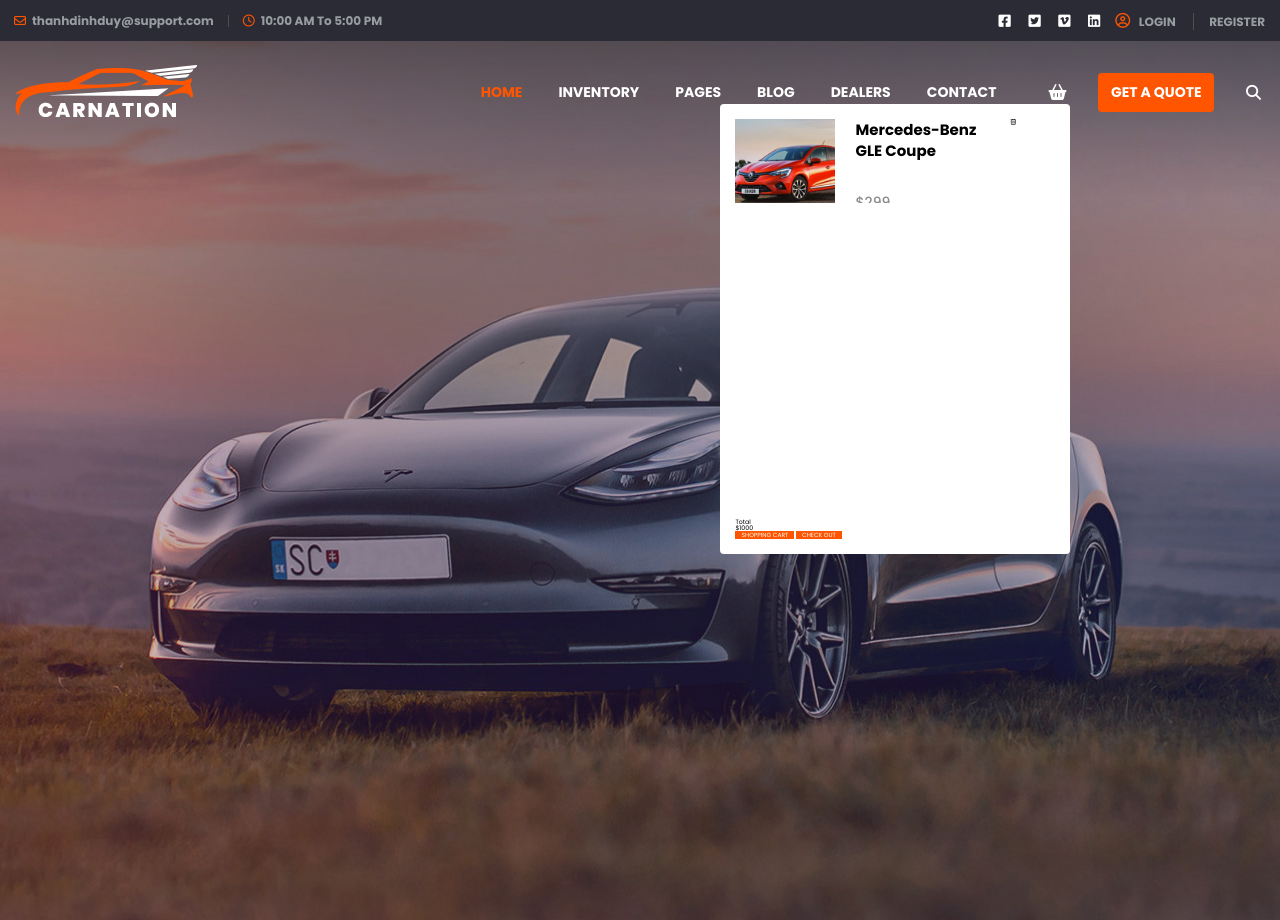
Repository: thanhdinh01/shopcar
Page: index.html
These files come from the project's save history. The page is drawn as it stood at one moment and after the next save; the edit follows.
The browser window is 1280 px wide. The pictures show the whole page.
Some web libraries are served in a nearby version. The style sheet was rebuilt from its Sass, Less or Tailwind sources for each picture, by a compiler version that may differ from the author's.

Above is the page before, as saved 2022-08-10 19:23:15.

### index.html
<!DOCTYPE html>
<html lang="en">
  <head>
    <meta charset="UTF-8" />
    <meta http-equiv="X-UA-Compatible" content="IE=edge" />
    <meta name="viewport" content="width=device-width, initial-scale=1.0" />
    <title>Increase follower on social media</title>
    <link
      rel="stylesheet"
      href="https://cdnjs.cloudflare.com/ajax/libs/font-awesome/6.1.2/css/all.min.css"
      integrity="sha512-1sCRPdkRXhBV2PBLUdRb4tMg1w2YPf37qatUFeS7zlBy7jJI8Lf4VHwWfZZfpXtYSLy85pkm9GaYVYMfw5BC1A=="
      crossorigin="anonymous"
      referrerpolicy="no-referrer"
    />
    <link
      href="https://fonts.googleapis.com/css2?family=Poppins:wght@300;400;500;600;700&display=swap"
      rel="stylesheet"
    />
    <link rel="stylesheet" href="./css/reset.css" />
    <link rel="stylesheet" href="./css/style.css" />
  </head>

  <body>
    <div class="main">
      <!-- HEADER -->
      <header class="header">
        <div class="header-top">
          <div class="container">
            <div class="header-top-container dflex">
              <ul class="header-top-left">
                <li>
                  <i class="fa-regular fa-envelope"></i>
                  <p>thanhdinhduy@support.com</p>
                </li>
                <li>
                  <i class="fa-regular fa-clock"></i>
                  <p>10:00 AM To 5:00 PM</p>
                </li>
              </ul>
              <ul class="header-top-right">
                <li class="header-contact">
                  <a href="#"><i class="fa-brands fa-square-facebook"></i></a>
                  <a href="#"><i class="fa-brands fa-square-twitter"></i></a>
                  <a href="#"><i class="fa-brands fa-square-vimeo"></i></a>
                  <a href="#"><i class="fa-brands fa-linkedin"></i></a>
                </li>
                <li class="header-login">
                  <a href="#" class="login">
                    <i class="fa-regular fa-circle-user"></i> LOGIN
                  </a>
                  <a href="#" class="logup"> REGISTER </a>
                </li>
              </ul>
            </div>
          </div>
        </div>
        <div class="header-navigation">
          <div class="container p15 dflex">
            <div class="nav-logo">
              <a href="#" class="logo-link">
                <img src="./images/header/logo.png" alt="logo" />
              </a>
            </div>
            <div class="nav-total dflex">
              <ul class="nav-list dflex">
                <li class="nav-item active">
                  <a href="#">HOME</a>
                </li>
                <li class="nav-item">
                  <a href="#">INVENTORY </a>
                  <ul class="sub-list">
                    <li class="sub-item">
                      <a href="#">Inventory List</a>
                    </li>
                    <li class="sub-item">
                      <a href="#">Inventory Details</a>
                    </li>
                  </ul>
                </li>
                <li class="nav-item">
                  <a href="#">PAGES</a>
                  <ul class="sub-list">
                    <li class="sub-item">
                      <a href="#">About us</a>
                    </li>
                    <li class="sub-item">
                      <a href="#">Loan Calculator</a>
                    </li>
                    <li class="sub-item">
                      <a href="#">Login Page</a>
                    </li>
                  </ul>
                </li>
                <li class="nav-item">
                  <a href="#">BLOG</a>
                  <ul class="sub-list">
                    <li class="sub-item">
                      <a href="#">Our Blog</a>
                    </li>
                    <li class="sub-item">
                      <a href="#">Blog Details</a>
                    </li>
                  </ul>
                </li>
                <li class="nav-item">
                  <a href="#">DEALERS</a>
                </li>
                <li class="nav-item">
                  <a href="#">CONTACT</a>
                </li>
              </ul>
              <ul class="nav-interact dflex">
                <li class="cart">
                  <a href="#" class="cart-link">
                    <i class="fa-solid fa-basket-shopping"></i>
                  </a>
                  <div class="cart-wrap">
                    <div class="cart-top">
                      <div class="cart-item">
                        <a href="#" class="product-img">
                          <img
                            src="./images/latest-car/t_released_cars_thumb01.jpg"
                            alt=""
                          />
                        </a>
                        <div class="product-desc">
                          <a href="#" class="product-title"
                            >Mercedes-Benz GLE Coupe</a
                          >
                          <span class="product-price">$299</span>
                        </div>
                        <div class="delete-item">
                          <i class="fa-regular fa-trash-can"></i>
                        </div>
                      </div>
                      <div class="cart-item">
                        <a href="#" class="product-img">
                          <img
                            src="./images/latest-car/t_released_cars_thumb01.jpg"
                            alt=""
                          />
                        </a>
                        <div class="product-desc">
                          <a href="#" class="product-title">
                            Mercedes-Benz GLE Coupe
                          </a>
                          <span class="product-price">$299</span>
                        </div>
                        <div class="delete-item">
                          <i class="fa-regular fa-trash-can"></i>
                        </div>
                      </div>
                      <div class="cart-item">
                        <a href="#" class="product-img">
                          <img
                            src="./images/latest-car/t_released_cars_thumb01.jpg"
                            alt=""
                          />
                        </a>
                        <div class="product-desc">
                          <a href="#" class="product-title"
                            >Mercedes-Benz GLE Coupe</a
                          >
                          <span class="product-price">$299</span>
                        </div>
                        <div class="delete-item">
                          <i class="fa-regular fa-trash-can"></i>
                        </div>
                      </div>
                      <div class="cart-item">
                        <a href="#" class="product-img">
                          <img
                            src="./images/latest-car/t_released_cars_thumb01.jpg"
                            alt=""
                          />
                        </a>
                        <div class="product-desc">
                          <a href="#" class="product-title"
                            >Mercedes-Benz GLE Coupe</a
                          >
                          <span class="product-price">$299</span>
                        </div>
                        <div class="delete-item">
                          <i class="fa-regular fa-trash-can"></i>
                        </div>
                      </div>
                    </div>
                    <div class="cart-bottom">
                      <div class="cart-bottom-price">
                        <p>Total</p>
                        <span>$1000</span>
                      </div>
                      <div class="cart-bottom-buying">
                        <button class="button buy-now">SHOPPING CART</button>
                        <button class="button check-out">CHECK OUT</button>
                      </div>
                    </div>
                  </div>
                </li>
                <li class="quote">
                  <button class="button">GET A QUOTE</button>
                </li>
                <li class="search">
                  <i class="fa-solid fa-magnifying-glass"></i>
                </li>
              </ul>
            </div>
          </div>
        </div>
        <div class="header-main"></div>
        <div class="header-selection"></div>
      </header>
    </div>
  </body>
</html>

### css/style.scss
@import "reset";
@import "variables";
@import "global";
@import "header";

### css/_variables.scss
$primaryColor: #ff5400;
$blackColor: #000;
$whiteColor: #fff;
$textColor: #9c9c9c;

### css/_global.scss
body,
*,
html {
    font-family: 'Poppins', sans-serif;
    font-size: 62.5%;
    box-sizing: border-box;
}

.container {
    max-width: 1440px;
    margin: 0 auto;
}

.dflex {
    display: flex;
    justify-content: space-between;
    align-items: center;
}

.button {
    outline: none;
    border: none;
    color: $whiteColor;
    background-color: $primaryColor;
    line-height: 1;
}

.p15 {
    padding: 0 15px;
}

### css/_header.scss
.header {
  background: url("../images/header/banner_bg02.jpg") center/ cover no-repeat;
  height: 920px;
  .header-top {
    max-width: 100%;
    height: 41px;
    background-color: #2b2b35;
    color: #979da0;
    font-size: 1.2rem;
    font-weight: 700;
    &-container,
    .container {
      height: 100%;
    }
    &-left {
      display: flex;
      li:first-child {
        border-right: 1px solid #4f4f4f;
      }
      li {
        display: flex;
        align-items: center;
        padding: 0 14px;
        i {
          color: $primaryColor;
          margin-right: 6px;
        }
      }
    }
    &-right {
      display: flex;
      align-items: center;
      .header-contact {
        a {
          color: $whiteColor;
          margin-left: 15px;
          font-size: 1.4rem;
          text-decoration: none;
          i {
            display: inline-block;
          }
          &:hover {
            color: $primaryColor;
          }
        }
      }
      .header-login {
        a {
          text-decoration: none;
          color: #979da0;
          padding: 0 15px;
          font-size: 12px;
          &:first-child {
            padding-right: 15px;
            border-right: 1px solid #4f4f4f;
            i {
              color: $primaryColor;
              margin-right: 6px;
              font-size: 1.5rem;
            }
          }
          &:hover {
            color: $primaryColor;
          }
        }
      }
    }
  }
  .header-navigation {
    padding-top: 24px;
    position: relative;
    &::after {
      content: "";
      position: absolute;
      left: 0;
      top: 0;
      width: 100%;
      height: 156px;
      background: linear-gradient(to bottom, #151515, transparent);
      opacity: 0.47;
    }
    .nav-logo,
    .nav-total {
      z-index: 1;
    }
    .nav-list {
      margin-right: 30px;
      .nav-item.active {
        a {
          color: $primaryColor;
        }
      }
      .nav-item {
        position: relative;
        a {
          padding: 20px 18px;
          display: inline-block;
          text-decoration: none;
          font-size: 14px;
          font-weight: 700;
          color: $whiteColor;
          &:hover {
            color: $primaryColor;
          }
        }
        &:hover .sub-list {
          opacity: 1;
          visibility: visible;
          transform: scale(1);
        }
        .sub-list {
          position: absolute;
          top: 100%;
          left: 0;
          width: 200px;
          padding: 15px 0;
          background-color: $whiteColor;
          box-shadow: 0px 30px 70px 0px rgb(137 139 142 / 15%);
          transform: scale(1, 0);
          transform-origin: 0 0;
          opacity: 0;
          visibility: hidden;
          transition: all 0.3s ease-in-out;
          .sub-item a {
            color: $blackColor;
            display: block;
            padding: 16px 18px;
            &:hover {
              color: $primaryColor;
            }
          }
        }
      }
    }
    .nav-interact {
      gap: 0 28px;
      .cart {
        position: relative;
        .cart-link {
          display: block;
          padding: 4px;
          i {
            font-size: 1.6rem;
            color: $whiteColor;
          }
        }
        .cart-wrap {
          position: absolute;
          right: 0;
          top: 100%;
          height: 450px;
          width: 350px;
          padding: 15px;
          display: flex;
          flex-direction: column;
          justify-content: space-between;
          background-color: $whiteColor;
          border-radius: 4px;
          .cart-top {
            max-height: 20%;
            width: 100%;
            overflow: auto;
            flex: 1;
            .cart-item {
              display: grid;
              grid-template-columns: 2fr 3fr 1fr;
              grid-gap: 0 20px;
              margin-bottom: 20px;
              .product-img {
                width: 100px;
                height: 90px;
                img {
                  width: 100%;
                  height: 100%;
                  object-fit: cover;
                }
              }
              .product-desc {
                display: flex;
                flex-direction: column;
                justify-content: space-between;
                .product-title {
                  font-size: 1.5rem;
                  font-weight: 700;
                  text-decoration: none;
                  color: $blackColor;
                  line-height: 1.4;
                }
                .product-price {
                  color: #8b8b8b;
                  font-size: 1.4rem;
                  font-weight: 500;
                }
              }
            }
          }
        }
      }
      .quote {
        button {
          color: $whiteColor;
          font-size: 1.4rem;
          font-weight: 700;
          padding: 12.5px;
          border-radius: 4px;
          min-width: 44px;
          cursor: pointer;
          transition: all 0.3s ease;
          &:hover {
            background-color: $blackColor;
          }
        }
      }
      .search {
        i {
          display: block;
          font-size: 1.5rem;
          padding: 4px;
          color: $whiteColor;
          cursor: pointer;
        }
      }
    }
  }
}

Loaded but not shown: css/reset.css (common file); css/_reset.scss (common file)

After the next save:
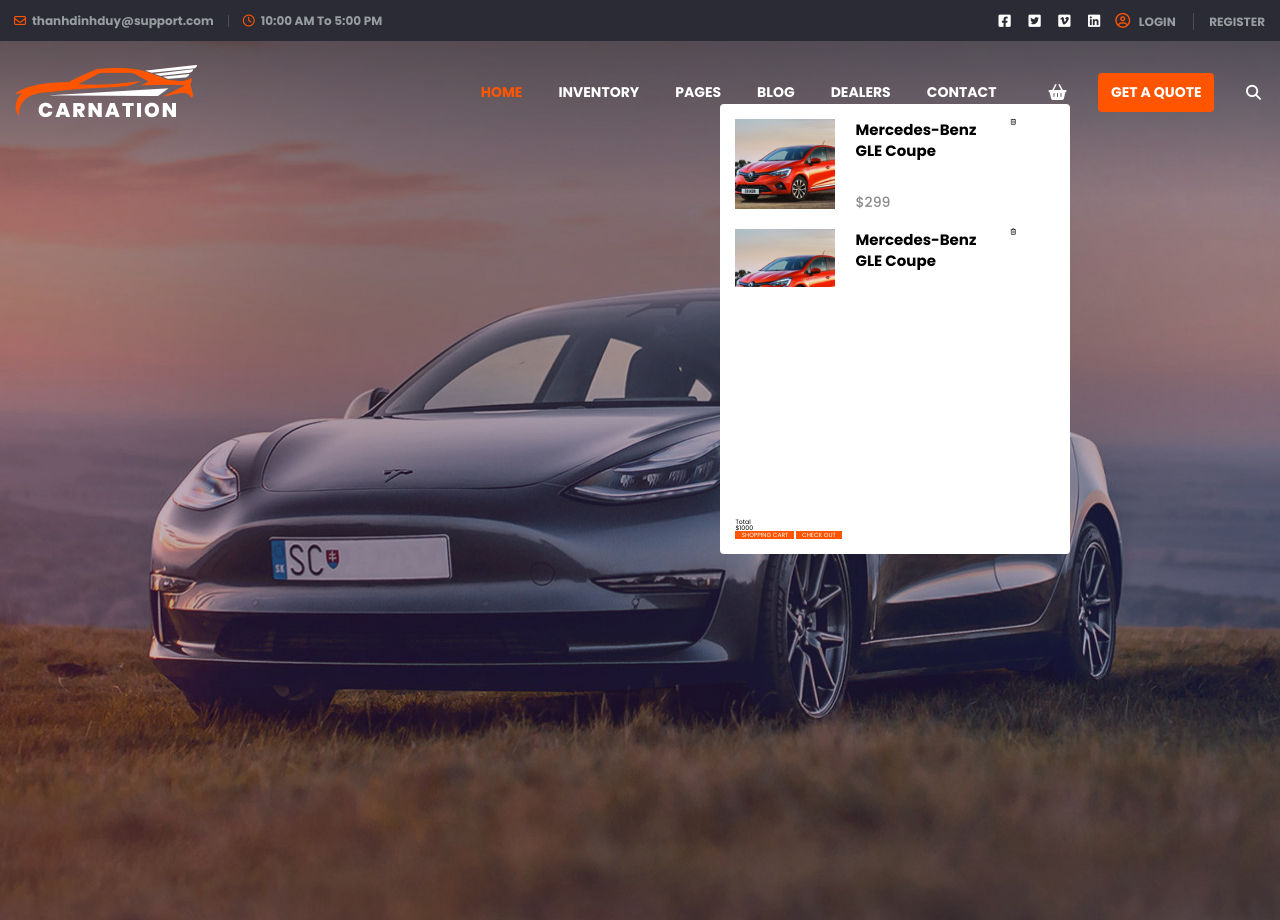
Saved 8 s later.
--- a/css/_header.scss
+++ b/css/_header.scss
@@ -157,7 +157,7 @@
           background-color: $whiteColor;
           border-radius: 4px;
           .cart-top {
-            max-height: 20%;
+            max-height: 40%;
             width: 100%;
             overflow: auto;
             flex: 1;
